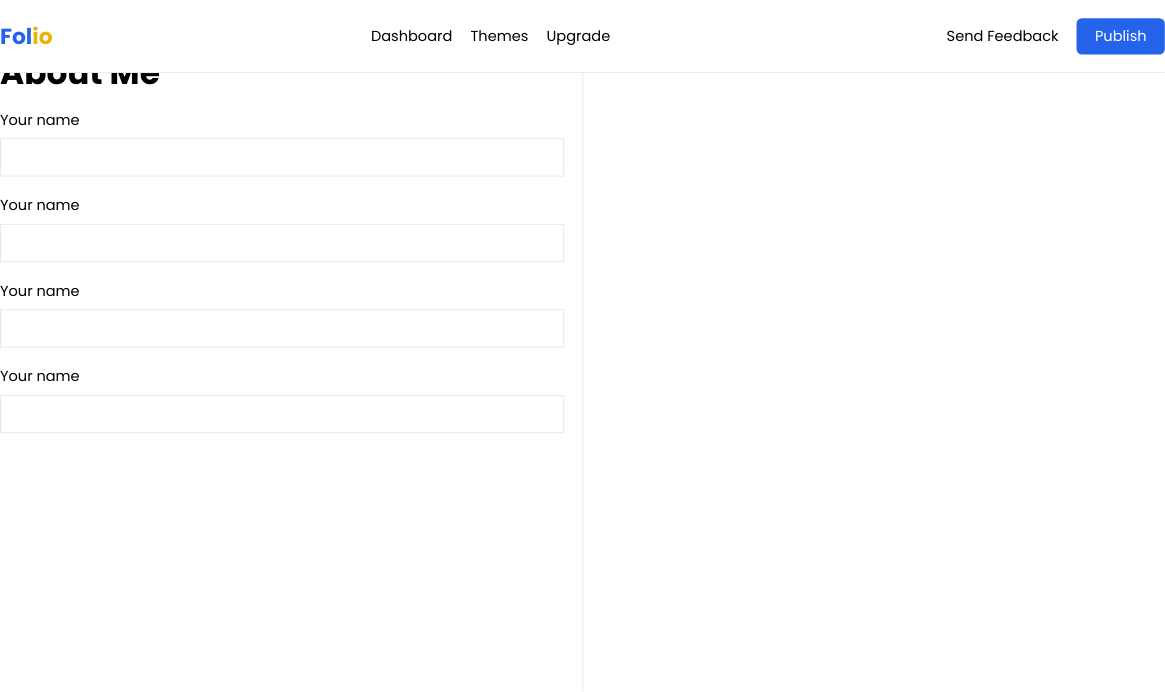
Repository: langford-dev/follio
Page: /
An editor plug-in stored every save of this project. The page is shown before and after the next save, followed by the edit.
The browser window is 1280 px wide. The pictures show the whole page, at 91% of full size.
The project was rebuilt for these pictures with package versions that can differ from the ones it lists, and the page was loaded fresh each time. The framework's server and built-in components were replaced by stand-ins that run in the browser. Also part of the build but not shown: next.config.js, components/pageView.js.

Above is the page before, as saved 2022-03-19 10:52:20.

After the next save:
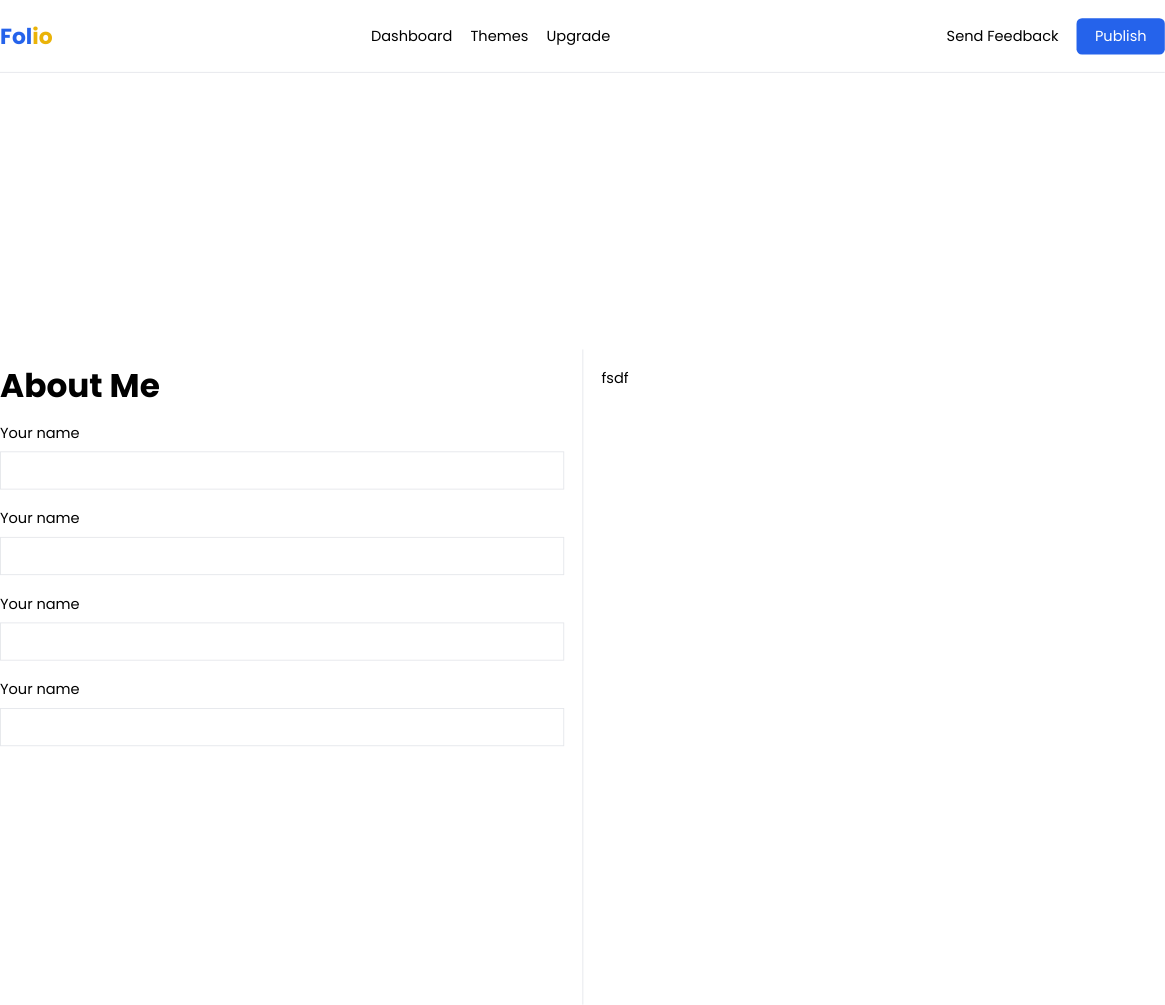
Saved 25 s later.
--- a/components/body.js
+++ b/components/body.js
@@ -1,7 +1,7 @@
 import PageView from "./pageView"
 
 const styles = {
-    pageView: `m-auto max-w-screen-xl h-screen pt-10`,
+    pageView: `m-auto max-w-screen-xl h-screen pt-96`,
     title: `text-4xl font-bold`,
     flexView: `flex h-screen`,
     editingView: `w-1/2 p-5 pl-0`,
